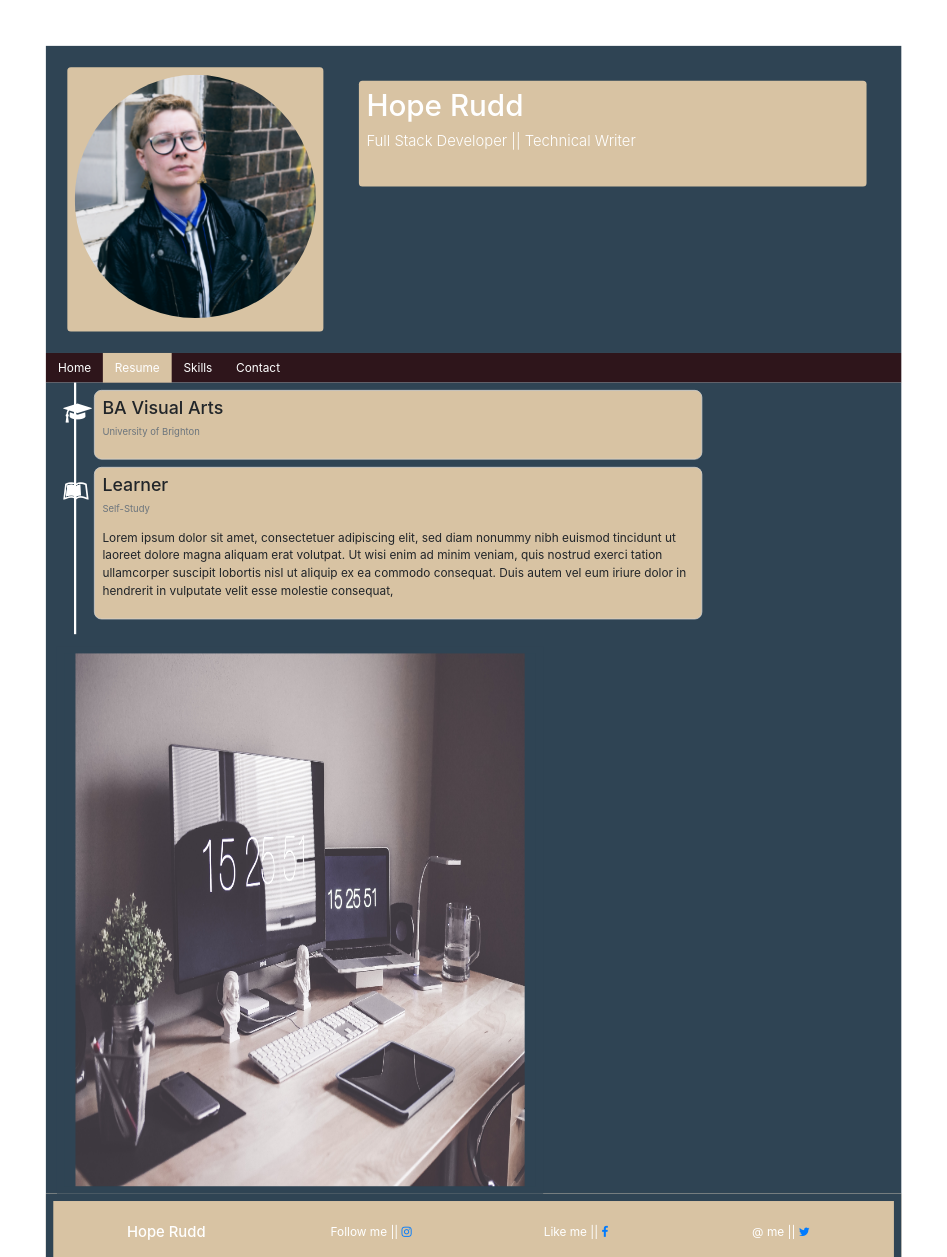
Repository: BleakTerrain/MilestoneProject-
Page: resume.html
The author's editor kept a record of every edit. The page is drawn from the files as they stood at one moment, then again after the next edit.
The browser window is 1280 px wide. The pictures show the whole page, at 74% of full size.
Some web libraries are served in a nearby version.

Above is the page before.

### resume.html
<html>

<head>
  <!-- Copied from UCB Resume code institue project -->

  <meta charset="UTF-8">
  <meta name="viewport" content="width=device-width, initial-scale=1.0">
  <meta http-equiv="X-UA-Compatible" content="ie=edge">
  <link rel="stylesheet" href="https://maxcdn.bootstrapcdn.com/bootstrap/4.2.1/css/bootstrap.min.css" type="text/css" />
  <link rel="stylesheet" href="https://maxcdn.bootstrapcdn.com/font-awesome/4.7.0/css/font-awesome.min.css" type="text/css" />
  <link rel="stylesheet" href="https://cdnjs.cloudflare.com/ajax/libs/hover.css/2.3.1/css/hover-min.css" type="text/css" />
  <link rel="stylesheet" href="assets/CSS/stylesheet.css" type="text/css" />
  <!-- Copied initial links end -->

  <title> Personal Portfolio</title>
</head>
<header>



</header>

<body>
<div class="intro-container">

 <!-------------------------Intro cards Started----------------------->
      <div class="row">
        <div class= "col-sm-4">
            <section class="jumbotron introtron">
          <img class="intro-image " src="BackgroundCodeInstitute.jpg" alt="Image not found">
           </div>
               <div class="col-sm-8">
                 <div class="jumbotron name-card">
                <h1>Hope Rudd</h1>
                 <p class="lead ">Full Stack Developer || Technical Writer </p>
                 </div>
                 </div>
                  </section>
        </div>

      </div>
    </div>

</div>
<!-------------------------------Intro cards finished-------------------------------->
<!-------------------------------Nav bar started-------------------------------->
<!-- inspired by example at https://www.w3schools.com/bootstrap4/bootstrap_navs.asp -->
<ul class = " nav navbar-default">
            <li class="nav-item">
              <a class="nav-link" href="#">Home</a>
            </li>
            <li class="nav-item nav-item-resume">
              <a class="nav-link" href="#">Resume</a>
            </li>
            <li class="nav-item">
              <a class="nav-link" href="#">Skills</a>
            </li>
            <li class="nav-item">
              <a class="nav-link" href="#">Contact</a>
            </li>
          </ul>
<!-------------------------------Nav bar finished-------------------------------->
<!-------------------------------TimeLine------------------------------->
    <section class="main-text container-fluid">
<div class="row">
<div class="col-sm-12">
    <div class="container">
    <ul class=timeline>
        <li class = "timeline-item">
            <div class="timeline-badge">
                <i class= "fa fa-graduation-cap"></i>
            </div>
            <div class="timeline-panel">
                <div class="timeline-heading">
                    <h4 class = "timeline-title">BA Visual Arts</h4>
                    <p class ="text-muted"><small>University of Brighton</small></p>
                </div>
                <div class="timeline-body">
                </div>
            </div>
        </li>
               <li class ="timeline-item">
            <div class="timeline-badge">
               <i class="fa fa-leanpub"></i>
            </div>
            <div class="timeline-panel">
                <div class="timeline-heading">
                    <h4 class = "timeline-title">Learner</h4>
                    <p class ="text-muted"><small>Self-Study</small></p>
                </div>
                <div class="timeline-body">
                    <p>Lorem ipsum dolor sit amet, consectetuer adipiscing elit,
                    sed diam nonummy nibh euismod tincidunt ut laoreet dolore
                    magna aliquam erat volutpat. Ut wisi enim ad minim veniam,
                    quis nostrud exerci tation ullamcorper suscipit lobortis nisl
                    ut aliquip ex ea commodo consequat. Duis autem vel eum iriure
                    dolor in hendrerit in vulputate velit esse molestie consequat,
                  </p>
                </div>
            </div>
        </li>
    </ul>
    </div>
</div>
</div>
</div>
  <div class="col-sm-7 other-image-background">
<img class="other-image" src="DeskImage.jpg" alt="Image not found">
  </div>
</div>
    </section>
    </body>
<!-------------------------------Bulk text finished------------------------------->
<!-------------------------------Footer Begins------------------------------------>


<footer class="footer container-fluid">
<div class="row">
<div class="col-sm-3 footer-item">
  <h5>  Hope Rudd  </h5>
  </div>
  <div class="col-sm-3 footer-item">
      <p>Follow me || <a href = "#"> <i class="fa fa-instagram aria-hidden=true"></i></a></p>
  <span class = "sr-only">Instagram link</span>
  </div>
  <div class="col-sm-3 footer-item">
      <p> Like me || <a href = "#"> <i class="fa fa-facebook aria-hidden=true"></i></a></p>
  <span class = "sr-only">Facebook Link</span>
  </div>
    <div class="col-sm-3 footer-item">
      <p>@ me || <a href = "#"> <i class="fa fa-twitter aria-hidden=true"></i></a></p>
  <span class = "sr-only">Twitter Link</span>
  </div>
</footer>

</html>

### assets/CSS/stylesheet.css

/* Main background taken from bootstraps basics project*/
/* General theme inspiration from : https://visme.co/blog/website-color-schemes/ */

body, html {
  height: 100%;
  margin: 2.5%;
}
/* -----------------------------------Intro bar---------------*/

.intro-container
{
padding:2.5%;
background-color: #2f4454;
}
.jumbotron
{
  margin:2.5%;
 padding: 10px;
 text-align: center;
  background-color: #D8C3A3;
  color:#fff;

}
.jumbotron-header
{
  font-size:500%;

}

.introtron
{
  margin:0;
min-height: 40%;
}

.intro-image {
  padding-bottom: 2.5%;
    width: 100%;
    background-position: center;
    background-repeat: no-repeat;
    transition: all .5s ease-in-out;
    -moz-transition: all .5s ease-in-out;
    -webkit-transition: all .5s ease-in-out;
  border-radius: 50%;
  display:inline-block;
}

.contact-card
{

  text-align: left;
  height:40%;
}
.name-card
{
  text-align:left;
  font-size: x-large;
  height:40%;
}
/*-----------------------------SkillsBar-------------------*/
.progress
{
  margin-bottom: 2.5%;

}
.full-stack
{
  background-color: #E27D60;
}
.tech-writing
{
  background-color: #e8a87c;
}
.html
{
  background-color: #C38D9E;
}
.css
{
  background-color: #41B3A3;
}
/*----------------------------------Nav-----------------------*/
.nav
{

  text-align: center;
  background-color: #2E151B;

}
.nav-link
{
  color:#fff;
}
.nav-link:hover
{
  background-color:#eed2dc ;
  color:#2E151B;
}
.nav-item-resume
{
  background-color: #D8C3A3;
}
.nav-item-skills
{
  background-color: #D8C3A3;
}
.nav-item-contact
{
  background-color: #D8C3A3;
}
/*-----------------------------Main-Text-------------------*/
.main-text
{
  background-color: #2f4454;
}
.main-text-box
{
  border: solid 10px #2f4454;
  background-color: #fff;
  color: #2f4454;
}
.other-image-background
{
border: solid 10px #2f4454;
 margin:0;
}
.other-image {

width: 100%;
  display:block;

}

/*-----------------------------Timeline-------------------*/
/*-- Influenced by http://www.prepbootstrap.com/bootstrap-template/timeline ---*/
.timeline {
  list-style: none;
  padding: 10px 0 10px;
  position: relative;
}
.timeline:before {
  top: 0;
  bottom: 0;
  position: absolute;
  content: " ";
  width: 3px;
  background-color:#fff ;
  left: 10px;
  margin-left:-2px;
}
.timeline-item {
  margin-bottom: 10px;
  position: relative;
}

.timeline-item:before
.timeline-item:after {
  content: " ";
  display: table;
}

 .timeline-panel {
   background-color: #D8C3A3;
  width: 75%;
  float: center;
  border: 1px solid #d4d4d4;
  border-radius: 10px;
  padding: 10px;
  position: relative;
  margin-left: 35px;
}
.timeline-panel:before {
  position: absolute;
  display: inline-block;
}
.timeline-panel:after {
  position: absolute;

  display: inline-block;
}
 .timeline-badge {
  color: #fff;
  font-size: 30px;
  line-height: 25px;
  text-align: center;
  position: absolute;
  top: 16px;
  left: -7px;

}
/*------------------------------Footer---------------------*/
.footer
{ background-color: #D8C3A3;
color:#fff;
padding: 2.5%;
border: solid 10px #2f4454 ;
}
.footer-item
{
  text-align: center;
}
/*------------------------------MediaQueries-----------------*/

@media (max-width: 573)
{
  .name-card
{
height: 100%;
background-color: #E85a4f;
}


.contact-card
{
height: 100%;
background-color: #E98074;
}
}
.other-image
{
  height:100%;

}

After the next edit:
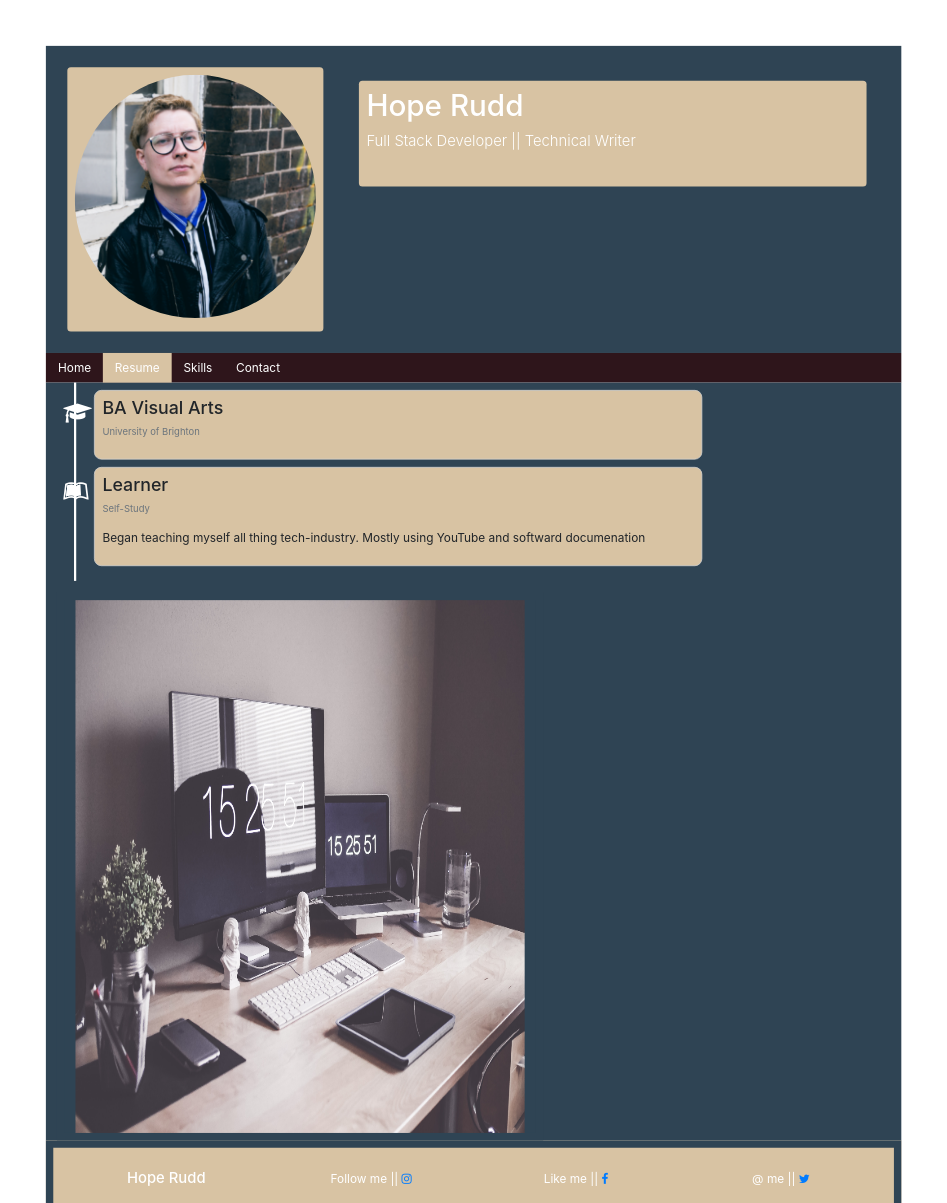
The edit:
--- a/resume.html
+++ b/resume.html
@@ -89,13 +89,7 @@
                     <p class ="text-muted"><small>Self-Study</small></p>
                 </div>
                 <div class="timeline-body">
-                    <p>Lorem ipsum dolor sit amet, consectetuer adipiscing elit,
-                    sed diam nonummy nibh euismod tincidunt ut laoreet dolore
-                    magna aliquam erat volutpat. Ut wisi enim ad minim veniam,
-                    quis nostrud exerci tation ullamcorper suscipit lobortis nisl
-                    ut aliquip ex ea commodo consequat. Duis autem vel eum iriure
-                    dolor in hendrerit in vulputate velit esse molestie consequat,
-                  </p>
+                    <p>Began teaching myself all thing tech-industry. Mostly using YouTube and softward documenation </p>
                 </div>
             </div>
         </li>
